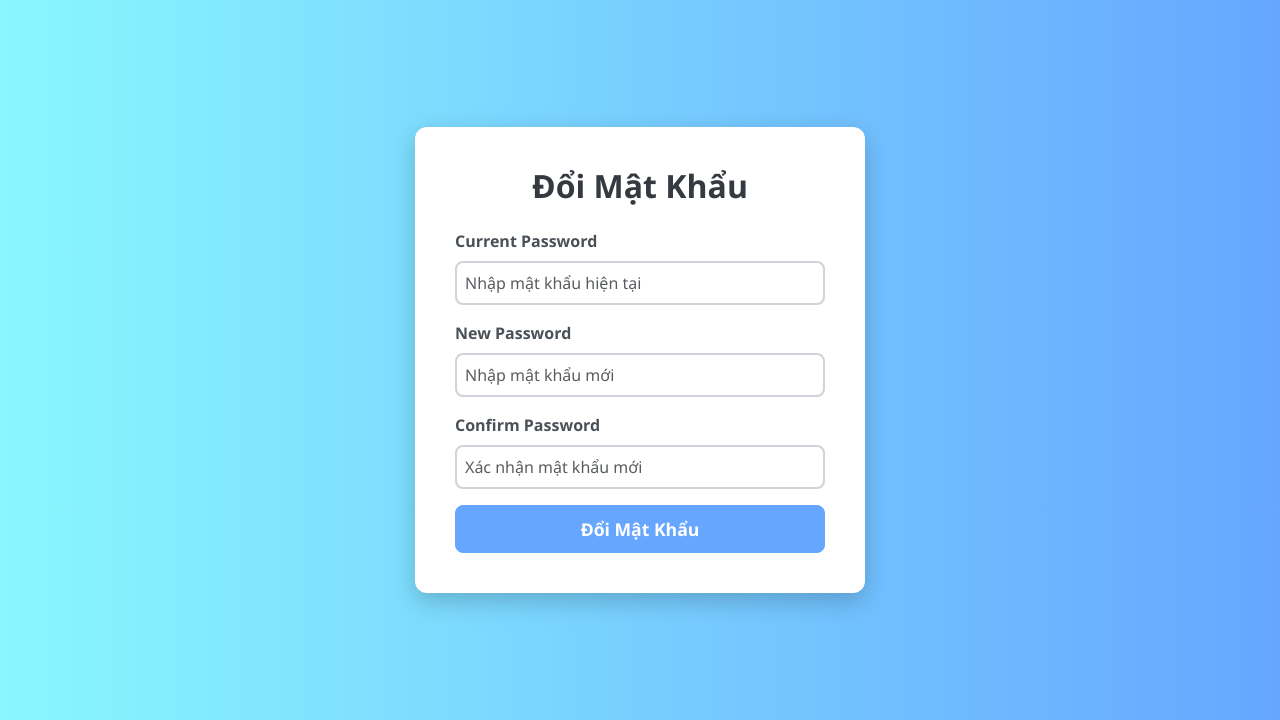
Repository: manhtdxxx/Tour-Booking-Webapp
Page: http://localhost/bookingTour/changepassword.jsp
An editor plug-in stored every save of this project. The page is shown before and after the next save, followed by the edit.
The browser window is 1280 px wide. The pictures show the whole page.
The page is served by Tomcat 9. Other server files are loaded and not shown.

Above is the page before, as saved 2024-11-10 16:18:28.

### bookingTour/src/main/webapp/changepassword.jsp
<%@ page language="java" contentType="text/html; charset=UTF-8" pageEncoding="UTF-8"%>
<!DOCTYPE html>
<html lang="vi">
<head>
<meta charset="UTF-8">
<meta name="viewport" content="width=device-width, initial-scale=1">
<title>Đổi mật khẩu</title>
<link href="https://cdn.jsdelivr.net/npm/bootstrap@5.3.3/dist/css/bootstrap.min.css"
	rel="stylesheet">
<script src="https://cdn.jsdelivr.net/npm/bootstrap@5.3.3/dist/js/bootstrap.bundle.min.js"></script>
<style>
/* Background gradient with a soft, modern gradient */
body {
	background: linear-gradient(to right, #89f7fe, #66a6ff);
	font-family: 'Segoe UI', Tahoma, Geneva, Verdana, sans-serif;
}
/* Centered form container with padding, rounded corners, and shadow */
.form-container {
	width: 450px; /* Set fixed width */
	min-width : 400px; /* Set minimum width to prevent shrinking on smaller screens */
	padding: 2.5rem;
	background-color: #ffffff;
	border-radius: 12px;
	box-shadow: 0 8px 24px rgba(0, 0, 0, 0.2);
	margin: 0 1.5rem;
	transition: transform 0.3s ease;
	min-width: 400px;
}
/* Hover effect on container */
.form-container:hover {
	transform: scale(1.02);
}
/* Header style */
h2 {
	font-weight: bold;
	color: #343a40;
}
/* Labels with modern color */
.form-label {
	color: #495057;
	font-weight: 600;
}
/* Input fields with soft border, focus effect */
.form-control {
	border: 2px solid #ced4da;
	border-radius: 8px;
	padding: 0.5rem;
	transition: border-color 0.3s ease, box-shadow 0.3s ease;
}

.form-control:focus {
	border-color: #66a6ff;
	box-shadow: 0 0 8px rgba(102, 166, 255, 0.3);
}
/* Enhanced button style */
.btn-primary {
	background-color: #66a6ff;
	border-color: #66a6ff;
	padding: 0.6rem;
	font-size: 1.1rem;
	font-weight: 600;
	border-radius: 8px;
	transition: background-color 0.3s, box-shadow 0.3s, transform 0.2s ease;
}

.btn-primary:hover {
	background-color: #0056b3;
	box-shadow: 0 6px 16px rgba(0, 91, 187, 0.4);
	transform: translateY(-2px);
}
/* Button focus style */
.btn-primary:focus {
	box-shadow: 0 0 10px rgba(102, 166, 255, 0.5);
}
/* Responsive styling */
@media ( max-width : 576px) {
	.form-container {
		padding: 2rem;
	}
}
</style>
</head>

<body class="d-flex align-items-center justify-content-center vh-100">

	<div class="form-container">
		<h2 class="text-center mb-4">Đổi Mật Khẩu</h2>

		<form action="change-password" method="post">
			<div class="mb-3">
				<label for="currentPassword" class="form-label">Current Password</label> <input type="password"
					class="form-control" id="currentPassword" name="currentPassword"
					placeholder="Nhập mật khẩu hiện tại" required>
			</div>
			<div class="mb-3">
				<label for="newPassword" class="form-label">New Password</label> <input type="password"
					class="form-control" id="newPassword" name="newPassword" placeholder="Nhập mật khẩu mới"
					required>
			</div>
			<div class="mb-3">
				<label for="confirmPassword" class="form-label">Confirm Password</label> <input type="password"
					class="form-control" id="confirmPassword" name="confirmPassword"
					placeholder="Xác nhận mật khẩu mới" required>
			</div>
			<button type="submit" class="btn btn-primary w-100">Đổi Mật Khẩu</button>
		</form>
	</div>

</body>
</html>

After the next save:
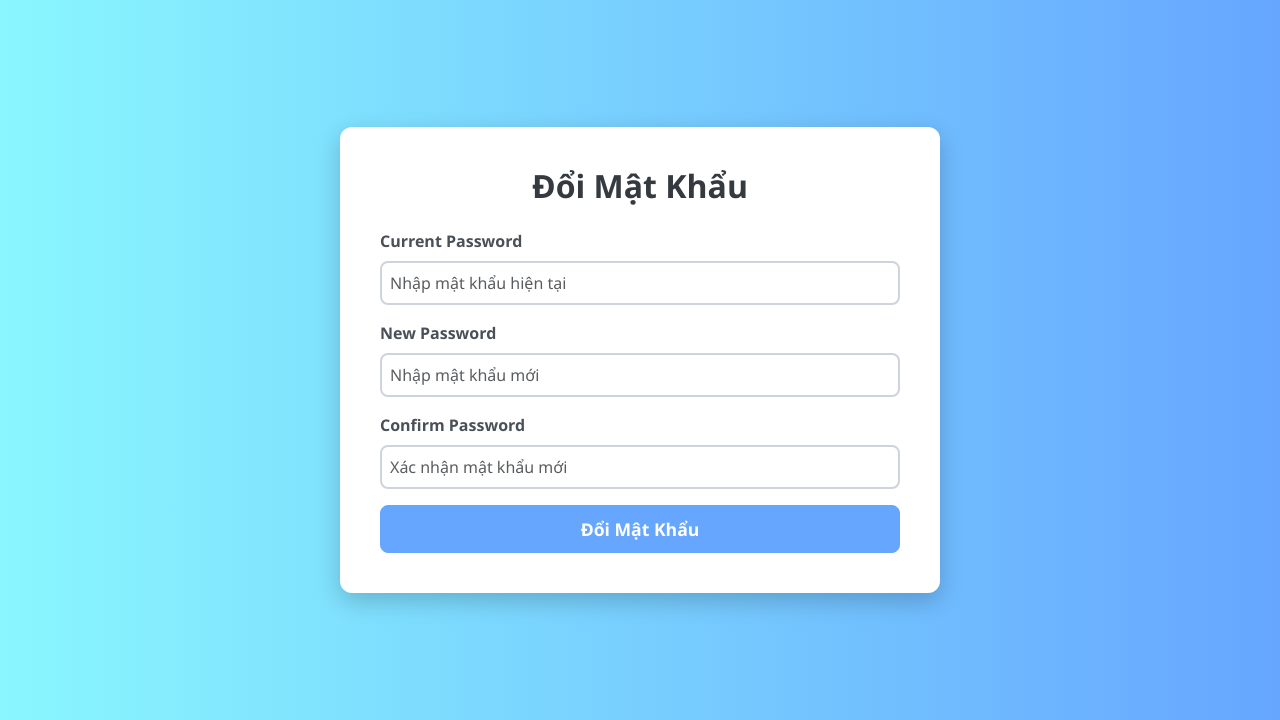
Saved 45 s later.
--- a/bookingTour/src/main/webapp/changepassword.jsp
+++ b/bookingTour/src/main/webapp/changepassword.jsp
@@ -16,8 +16,8 @@
 }
 /* Centered form container with padding, rounded corners, and shadow */
 .form-container {
-	width: 450px; /* Set fixed width */
-	min-width : 400px; /* Set minimum width to prevent shrinking on smaller screens */
+	width: 100%;
+    max-width: 600px;
 	padding: 2.5rem;
 	background-color: #ffffff;
 	border-radius: 12px;

After the 2 saves that followed:
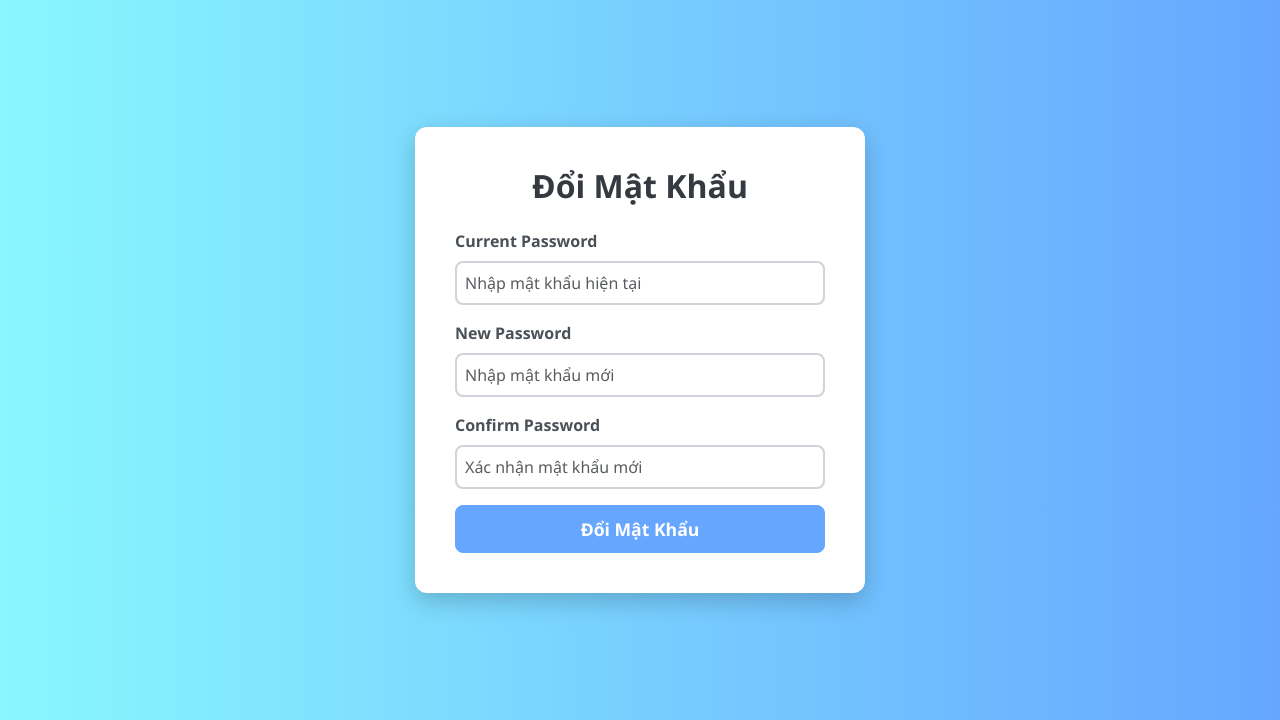
The 2 saves are shown as one change because 1 left the picture as it was.
The last was saved 53 s later.
--- a/bookingTour/src/main/webapp/changepassword.jsp
+++ b/bookingTour/src/main/webapp/changepassword.jsp
@@ -16,8 +16,8 @@
 }
 /* Centered form container with padding, rounded corners, and shadow */
 .form-container {
-	width: 100%;
-    max-width: 600px;
+	width: 80%;
+    max-width: 450px;
 	padding: 2.5rem;
 	background-color: #ffffff;
 	border-radius: 12px;
